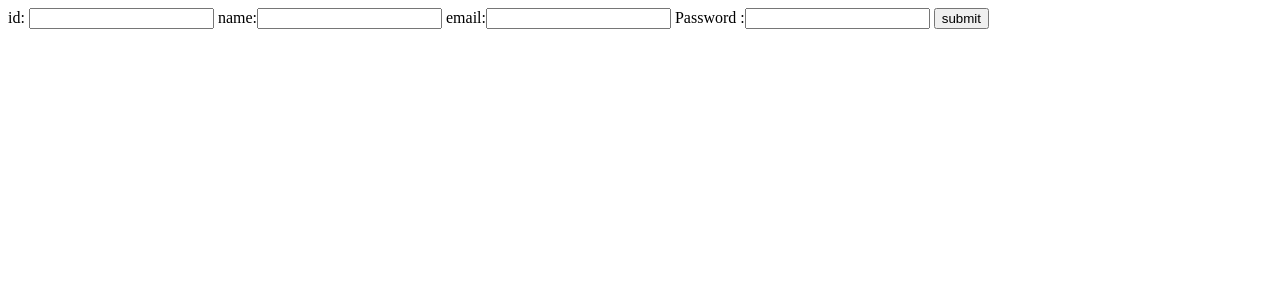
Repository: ashwinibd6697/ust-19sep-ashwinibd
Page: ust-java/empwebapp/WebContent/register.html
An editor plug-in stored every save of this project. The page is shown before and after the next save, followed by the edit.
The browser window is 1280 px wide. The pictures show the whole page.

Above is the page before, as saved 2019-11-15 08:57:25.

After the next save:
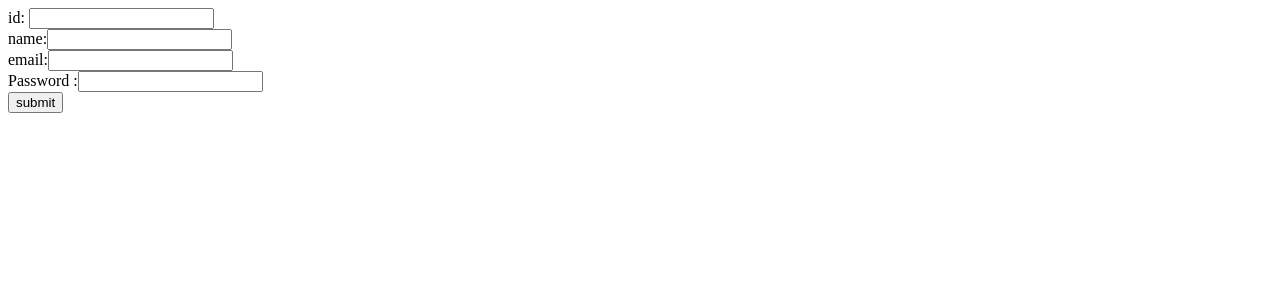
Saved 30 s later.
--- a/ust-java/empwebapp/WebContent/register.html
+++ b/ust-java/empwebapp/WebContent/register.html
@@ -6,10 +6,10 @@
 </head>
 <body>
 <form action="">
-  id: <input name ="id" type="text">
-  name:<input name ="name" type="text">
-  email:<input name ="email" type="email">
-  Password :<input name ="password" type="password">
+  id: <input name ="id" type="text"><br>
+  name:<input name ="name" type="text"><br>
+  email:<input name ="email" type="email"><br>
+  Password :<input name ="password" type="password"><br>
 
     <a href= "login.html"><input type ="submit" value ="submit"></a>
     </form>
